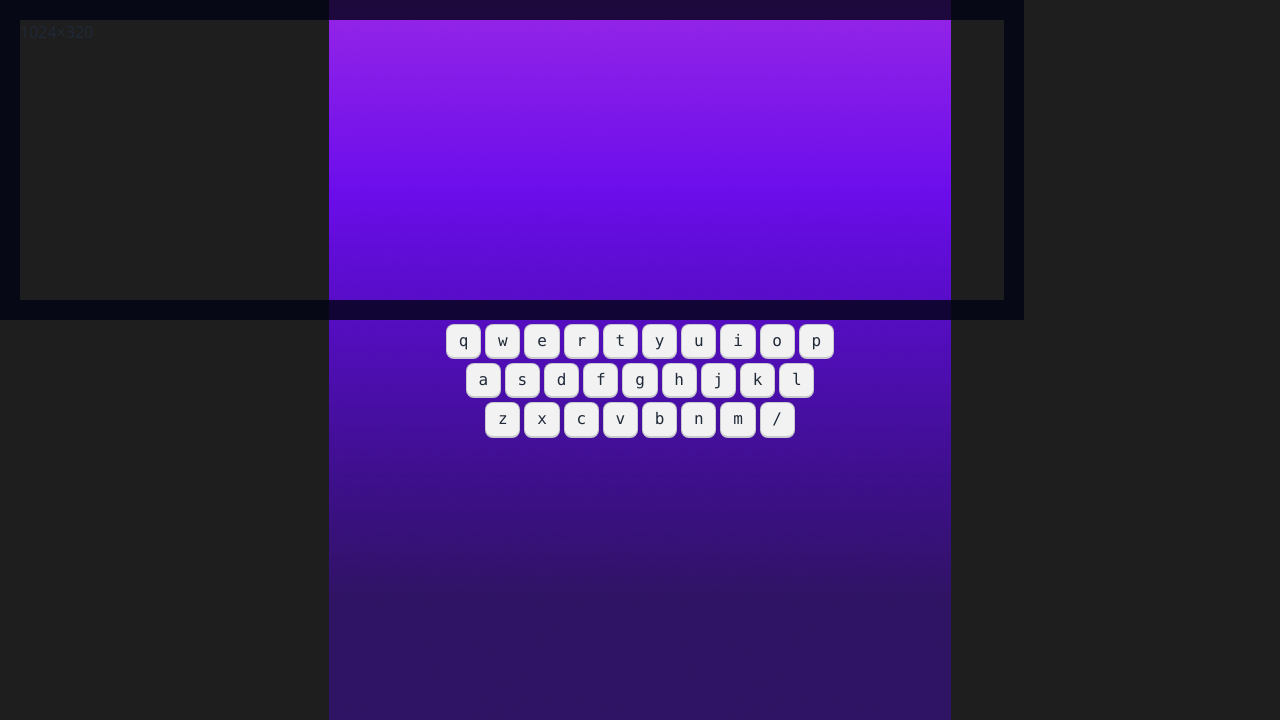
Repository: RudrasahaDibos/Alphabet-clash-
Page: index.html
An editor plug-in stored every save of this project. The page is shown before and after the next save, followed by the edit.
The browser window is 1280 px wide. The pictures show the whole page.
Some web fonts or font styles are not loaded; a fallback is used. Some web libraries are served in a nearby version.

Above is the page before, as saved 2024-11-04 11:56:17.

After the next save:
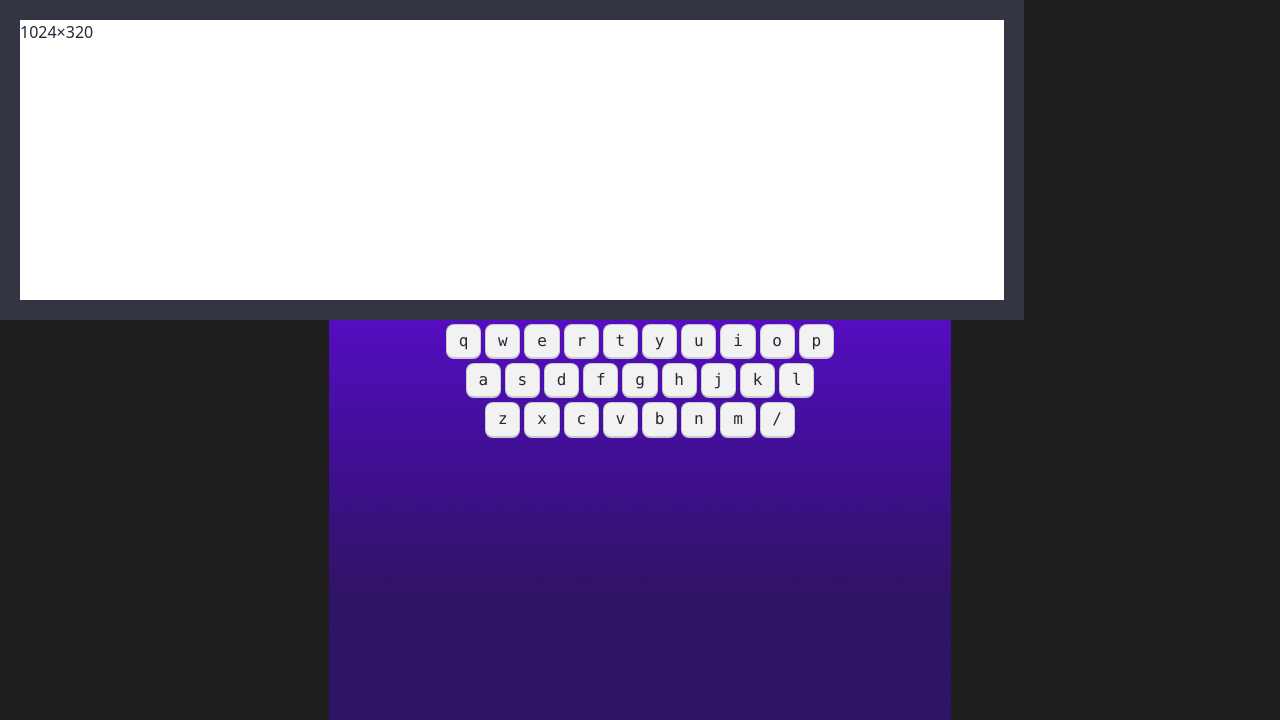
Saved 5 s later.
--- a/index.html
+++ b/index.html
@@ -32,7 +32,7 @@
             <!-- midlle screen start here -->
             <section>
                     <!-- display screen start here -->
-                    <div class="artboard artboard-horizontal phone-6 border-[20px] border-[#010313CC] bg-[#]">
+                    <div class="artboard artboard-horizontal phone-6 border-[20px] border-[#010313CC] bg-[#ffff]">
                         1024×320
                     </div>
                      <!-- dispaly screen end here -->
